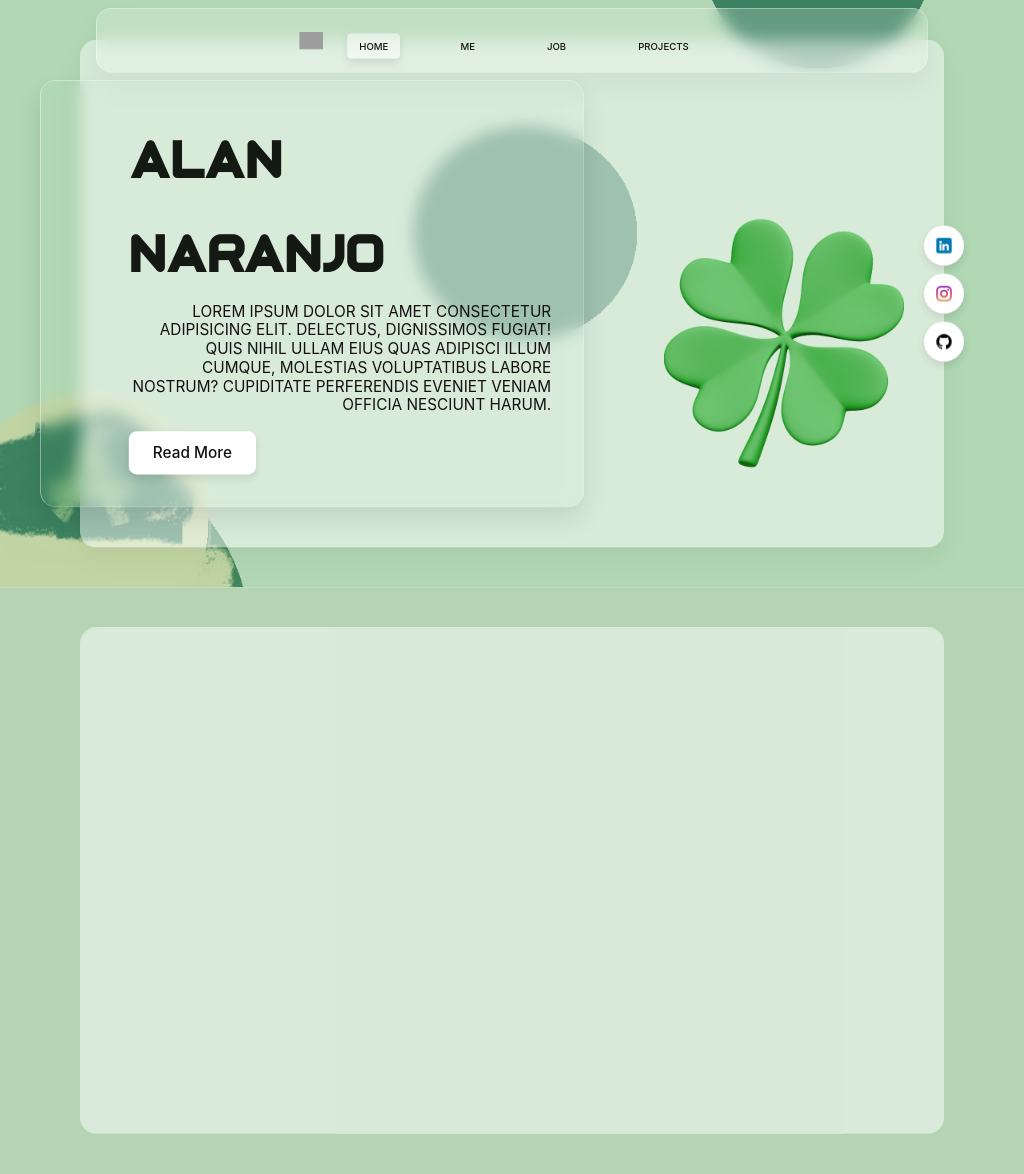
Repository: L-A-M-J-O/Me-sitio-Web
Page: / (app in my-project/)
An editor plug-in stored every save of this project. The page is shown before and after the next save, followed by the edit.
The browser window is 1280 px wide. The pictures show the whole page, at 80% of full size.
Pictures or frames that could not be fetched are drawn as grey boxes. Backgrounds fixed to the window are drawn as part of the page. The project was rebuilt for these pictures with package versions that can differ from the ones it lists, and the page was loaded fresh each time.

Above is the page before, as saved 2022-09-19 16:53:40.

### my-project/src/App.jsx
import './App.css';
import Me from './components/Me/Me';

import Navbar from './components/Navbar/Navbar'


function App() {
  return (
    <>
      <Navbar/>
      <Me/>
    </>


  );
}

export default App;

### my-project/src/App.css
 * {
    margin: 0;
    padding: 0;
    box-sizing: border-box;
 }

### my-project/src/components/Me/Me.jsx
import React from 'react'

import '../Me/Me.css'

function Me() {
  return (
    <div className='section-me' id='me'>
      <div className='container-m-me'>

      </div>
    </div>
  )
}

export default Me

### my-project/src/components/Navbar/Navbar.jsx
import React from 'react'

import {Link} from 'react-scroll'

import logotipo from '../../assets/img/logotipo.png'
import icon from '../../assets/img/icon.png'
import instagram from '../../assets/img/instagram.png'
import linkedin from '../../assets/img/linkedin.png'
import github from '../../assets/img/github.png'

import '../Navbar/Navbar.css'


function Navbar() {
  return (
    <section id='nav'>
      <div className='container-m'>
        <header>
          <Link to='nav' className='logo'><img src={ icon} alt='icon' width={30}/></Link>
          <ul>
            <li><Link to='nav' className='active'>Home</Link></li>
            <li><Link to='me' href='#' className=''>Me</Link></li>
            <li><Link href='#' className=''>Job</Link></li>
            <li><Link href='#' className=''>Projects</Link></li>
          </ul>
        </header>
        <div className='content'>
          <h2>Alan Naranjo</h2>
          <p>Lorem ipsum dolor sit amet consectetur adipisicing elit. Delectus, dignissimos fugiat! Quis nihil ullam eius quas adipisci illum cumque, molestias voluptatibus labore nostrum? Cupiditate perferendis eveniet veniam officia nesciunt harum.</p>
          <Link href='#'>Read More</Link>
        </div>
        <div className='img-icon'>
          <img src={ logotipo } alt='logotipo'/>
        </div>
        <ul className='sci'>
          <li><Link href='#'><img src={linkedin} alt='linkedin'/></Link></li>
          <li><Link href='#'><img src={instagram} alt='instagram'/></Link></li>
          <li><Link href='#'><img src={github} alt='github'/></Link></li>
        </ul>
      </div>
    </section>
  )
}

export default Navbar

### my-project/src/components/Me/Me.css
.section-me {
    display: flex;
    justify-content: center;
    align-items: center;
    min-height: 100vh;
    background-color: #B4D4B4;
    background-position: center;
    background-attachment: fixed;
    padding: 50px;
}
.container-m-me {
    position: relative;
    width: calc(100% - 100px);
    height: 88vh;
    background-color: rgba(255, 255, 255, 0.5);
    /* box-shadow: 0 15px 35px rgb(0 0 0 / 5%); */
    border-radius: 20px;
    display: flex;
    justify-content: space-between;
    align-items: center;
    padding: 50px;
}

### my-project/src/components/Navbar/Navbar.css
@font-face {
    font-family: Osiris;
    src: url(../../assets//img/Osiris.otf);
}

section {
    display: flex;
    justify-content: center;
    align-items: center;
    min-height: 100vh;
    background-image: url(../../assets/img/banner.png);
    background-position: center;
    background-attachment: fixed;
    padding: 50px;
}
.container-m{
    position: relative;
    width: calc(100% - 100px);
    height: 88vh;
    background-color: rgba(255, 255, 255, 0.5);
    box-shadow:  0 15px 35px rgba(0, 0, 0, 0.05);
    border-radius: 20px;
    display: flex;
    justify-content: space-between;
    align-items: center;
    padding: 50px;
}
header {
    position: absolute;
    top: -40px;
    right: 20px;
    left: 20px;
    padding: 20px 50px;
    display: flex;
    justify-content: center;
    align-items: baseline;
    background: rgba(255, 255, 255, 0.2);
    box-shadow:  0 15px 35px rgba(0, 0, 0, 0.05);
    border-radius: 20px;
    backdrop-filter: blur(10px);
    border: 1px solid rgba(255, 255, 255, 0.25);
    border-top: 1px solid rgba(255, 255, 255, 0.5);
    border-left: 1px solid rgba(255, 255, 255, 0.5);
}

header .logo {
    color: #140f10;
    font-weight: 700;
    text-decoration: none;
    font-size: 2rem;
}
header ul {
    display: flex;
}
header ul li {
    list-style: none;
    margin:  0 30px;
}
header ul li a {
    border: var(--default-border-width) solid var(--default-border-color);
    border-radius: var(--default-border-radius);
    text-transform: uppercase;
    font-weight: 500;
    font-size: max(12px,.9375vw);
    padding: 0 1.3333em;
    height: 2.5555em;
    line-height: 1.2222222222;
    transition: background-color .15s ease-in-out;
    -webkit-appearance: none;
    appearance: none;
    text-decoration: none;
    color: #140f10;
    padding: 8px 15px;
    border-radius: 25px;
    cursor: pointer;
}
header ul li a:hover,
header ul li a.active {
    border-radius: 5px;
    background-color: #ffffff81;
    color: #140f10;
    box-shadow: 0 5px 10px rgba(0, 0, 0, 0.1);
}

.content {
    transform: translateX(-100px);
    max-width: 700px;
    box-shadow:  0 15px 30px rgba(0, 0, 0, 0.1);
    border-radius: 20px;
    backdrop-filter: blur(10px);
    border: 1px solid rgba(255, 255, 255, 0.25);
    border-top: 1px solid rgba(255, 255, 255, 0.5);
    border-left: 1px solid rgba(255, 255, 255, 0.5);
    padding: 40px;
    padding-left: 110px;
}
.content h2 {
    font-family: Osiris;
    font-size: 4rem;
    line-height: 1.85;
    text-transform: lowercase;
    margin: 0;
    color: #141914;
}
.content p {
    text-align: end;
    border: var(--default-border-width) solid var(--default-border-color);
    border-radius: var(--default-border-radius);
    text-transform: uppercase;
    font-weight: 400;
    font-size: max(12px,.9375vw);
    line-height: 1.2222222222;
    transition: background-color .15s ease-in-out;
    -webkit-appearance: none;
    appearance: none;
    font-size: 1.2em;
    color: #140f10;
}
.content a {
    display: inline-block;
    padding: 15px 30px;
    background: #fff;
    color: #140f10;
    margin-top: 20px;
    border-radius: 10px;
    font-size: 1.2em;
    font-weight: 500;
    text-decoration: none;
    box-shadow:  0 5px 10px rgba(0, 0, 0, 0.1);
}
.img-icon img {
    max-width: 400px;
    animation: animate 5s linear infinite;
}
@keyframes animate {
    0%,100%{
        transform: translateY(50px);
    }
    50% {
        transform: translateY(100px);
    }
}
.sci {
    position: absolute;
    right: -25px;
    display: flex;
    justify-content: center;
    align-items: center;
    flex-direction: column;
}
.sci li {
    list-style: none;
}
.sci li a {
    text-decoration: none;
    width: 50px;
    height: 50px;
    background: #fff;
    display: flex;
    justify-content: center;
    align-items: center;
    border-radius: 50%;
    margin: 5px 0;
    box-shadow: 0 5px 10px rgba(0, 0, 0, 0.1);
}
.sci li a img {
    transform: scale(0.6);
    transition: 0.5s;
}
sci li:hover a img {
    transform: scale(0.6) rotate(360deg);
}

Loaded but not shown: my-project/src/index.js (common file); my-project/src/index.css (common file); my-project/src/reportWebVitals.js (common file)

After the next save:
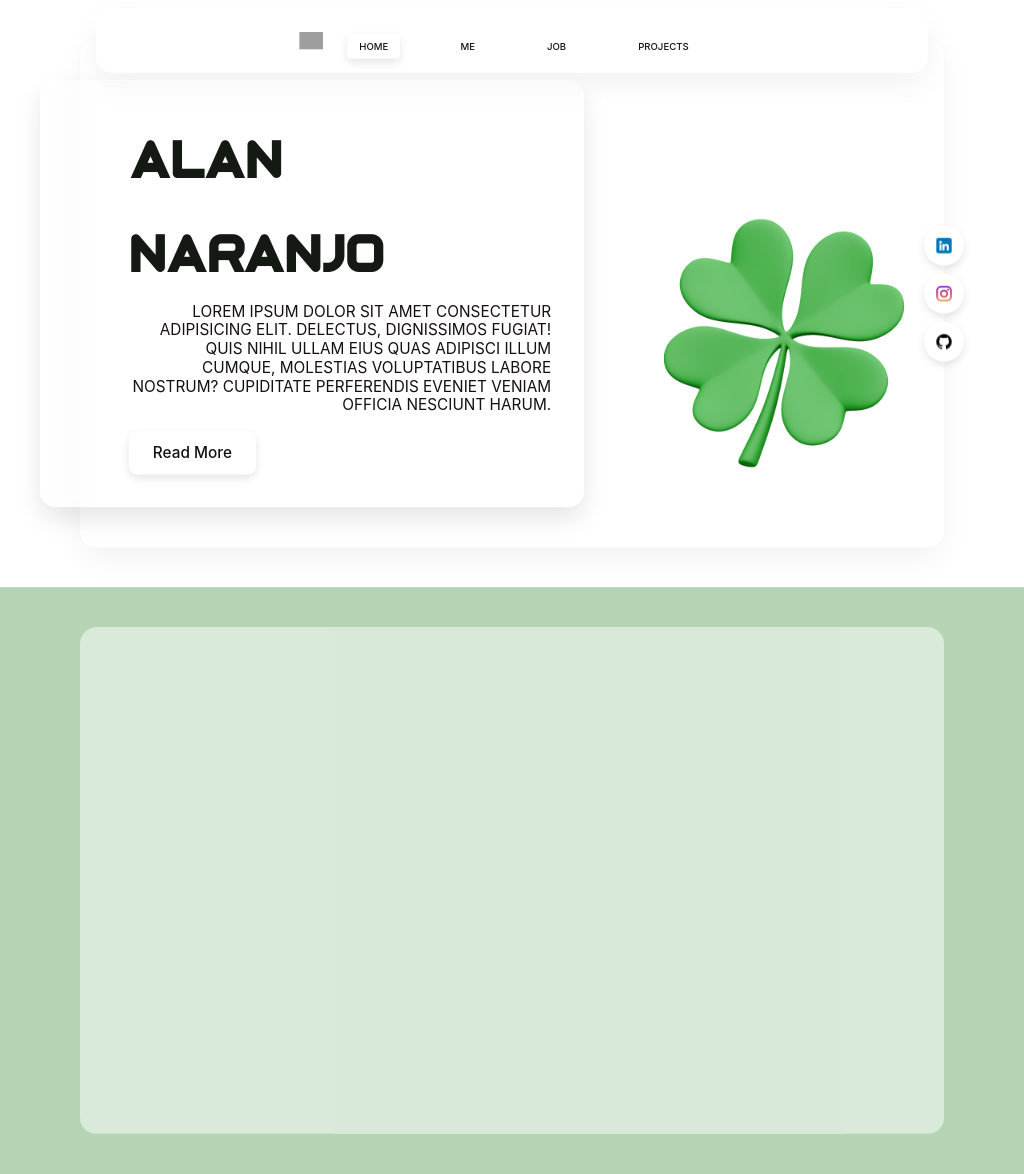
Saved 15 s later.
--- a/my-project/src/components/Navbar/Navbar.css
+++ b/my-project/src/components/Navbar/Navbar.css
@@ -8,7 +8,7 @@ section {
     justify-content: center;
     align-items: center;
     min-height: 100vh;
-    background-image: url(../../assets/img/banner.png);
+    /* background-image: url(../../assets/img/banner.png); */
     background-position: center;
     background-attachment: fixed;
     padding: 50px;
